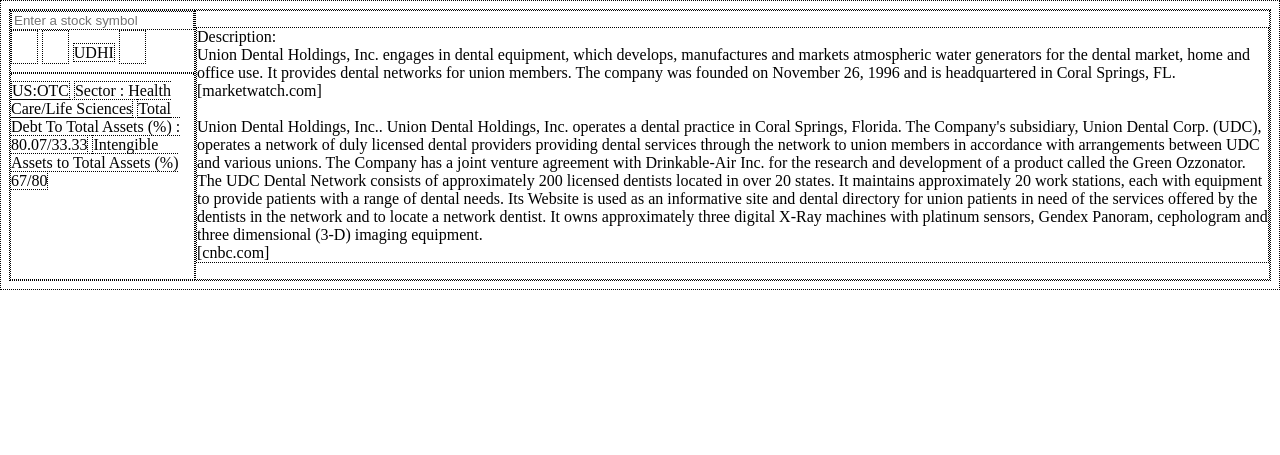
Repository: hadi4172/halal-stock-scanner
Page: popup.html
The author's editor kept a copy of each file at every save. The page is drawn from the files as they stood at one save, then again after the next save.
The browser window is 1280 px wide. The pictures show the whole page.

Above is the page before, as saved 2020-09-24 14:14:30.

### popup.html
<!DOCTYPE html>
<html>

<head>
    <title>Halal Stock Scanner</title>
    <meta charset="UTF-8">
    <script src="popup.js"></script>
    <link rel="stylesheet" href="font-awesome/font-awesome.min.css">
    <link rel="stylesheet" type="text/css" href="popup.css">
</head>

<body>
    <div id=left>
        <input type=text maxlength=5 placeholder="Enter a stock symbol" />
        <i id=search-btn class="fa fa-trash fa-2x"></i>
        <i id=settings-btn class="fa fa-trash fa-2x"></i>
        <span id=symbol>UDHI</span>
        <i id=icon-is-correct-or-no class="fa fa-trash fa-2x"></i>
        <hr>
        <span id=market>US:OTC</span>
        <span id=sector>Sector : Health Care/Life Sciences</span>
        <span id=debt-to-assets>Total Debt To Total Assets (%) : 80.07/33.33</span>
        <span id=intengible-assets-to-total-assets>Intengible Assets to Total Assets (%) 67/80 </span>
    </div>

    <div id=right>
        <p id=description>
            Description: <br />
            Union Dental Holdings, Inc. engages in dental equipment, which develops, manufactures and markets atmospheric water generators for the dental market, home and office use. It provides dental networks for union members. The company was founded on November 26, 1996 and is headquartered in Coral Springs, FL.<br />
            [marketwatch.com]<br /><br />
            Union Dental Holdings, Inc.. Union Dental Holdings, Inc. operates a dental practice in Coral Springs, Florida. The Company's subsidiary, Union Dental Corp. (UDC), operates a network of duly licensed dental providers providing dental services through the network to union members in accordance with arrangements between UDC and various unions. The Company has a joint venture agreement with Drinkable-Air Inc. for the research and development of a product called the Green Ozzonator. The UDC Dental Network consists of approximately 200 licensed dentists located in over 20 states. It maintains approximately 20 work stations, each with equipment to provide patients with a range of dental needs. Its Website is used as an informative site and dental directory for union patients in need of the services offered by the dentists in the network and to locate a network dentist. It owns approximately three digital X-Ray machines with platinum sensors, Gendex Panoram, cephologram and three dimensional (3-D) imaging equipment.<br />
            [cnbc.com]
        </p>
    </div>
</body>

</html>

### popup.css
* {
    border: 1px black dotted;
}

body{
    display:flex;
}

Loaded but not shown: font-awesome/font-awesome.min.css (library); popup.js (no copy from this time; the picture is the same without it)

After the next save:
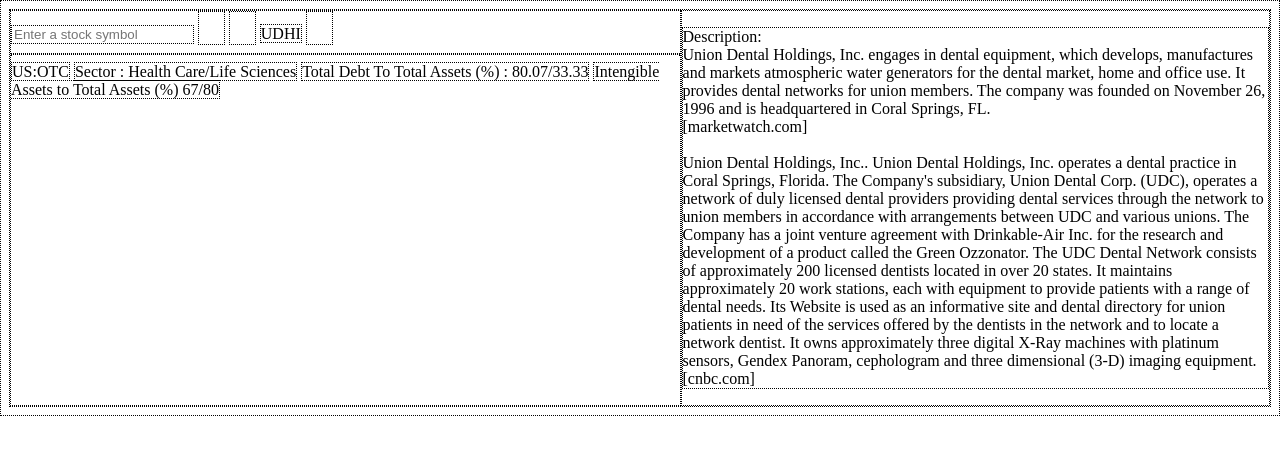
Saved 94 s later.
--- a/popup.css
+++ b/popup.css
@@ -5,3 +5,7 @@
 body{
     display:flex;
 }
+
+#right{
+    width:60%
+}
